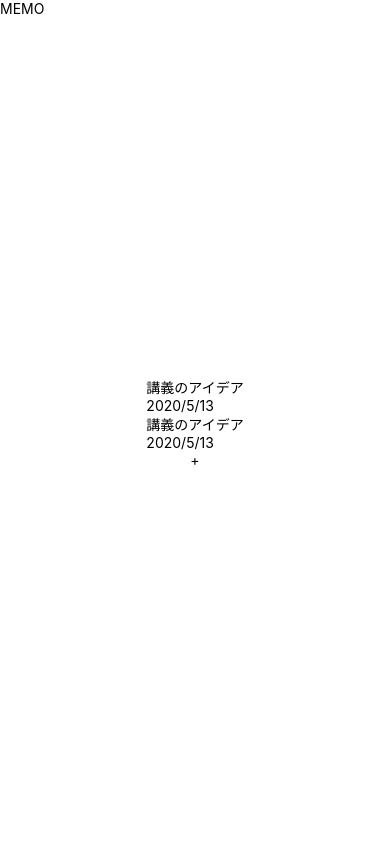
Repository: NagataRyuji0630/memo_app_for_reactNative
Page: /
An editor plug-in stored every save of this project. The page is shown before and after the next save, followed by the edit.
The browser window is 390 px wide. The pictures show the whole page.
The app was drawn by React Native's web renderer in a window 390 px wide. The project was rebuilt for these pictures with package versions that can differ from the ones it lists, and the page was loaded fresh each time.

Above is the page before, as saved 2020-05-13 22:04:40.

After the next save:
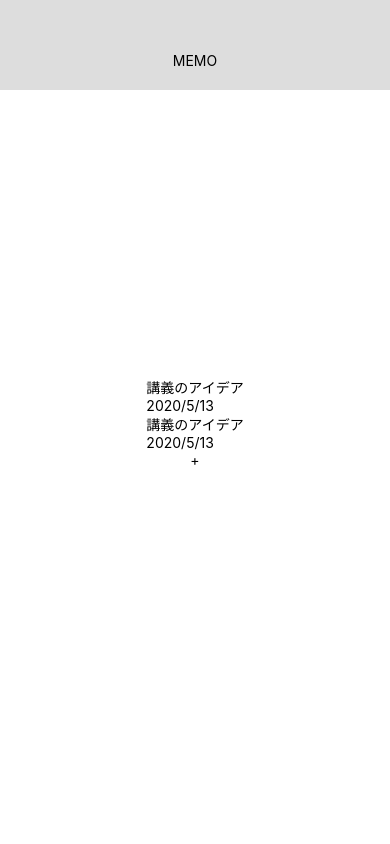
Saved 79 s later.
--- a/App.js
+++ b/App.js
@@ -46,6 +46,9 @@ const styles = StyleSheet.create({
     left: 0,
     right: 0,
     height: 90,
-
+    paddingTop: 30,
+    backgroundColor: '#ddd',
+    justifyContent: 'center',
+    alignItems: 'center',
   }
 });
